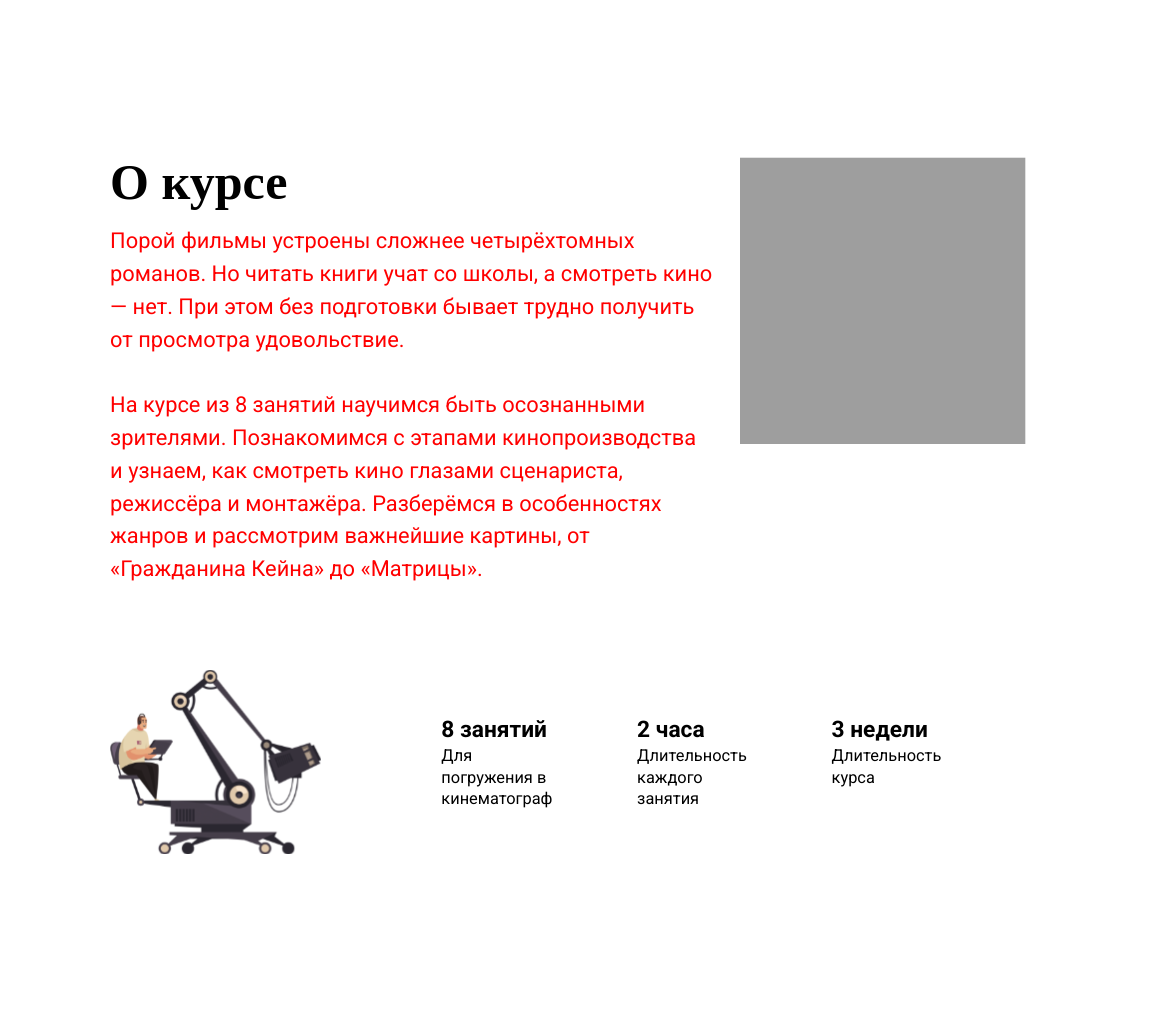
Repository: FaridRustamov09/task8
Page: index.html
An editor plug-in stored every save of this project. The page is shown before and after the next save, followed by the edit.
The browser window is 1280 px wide. The pictures show the whole page, at 91% of full size.
Pictures or frames that could not be fetched are drawn as grey boxes.

Above is the page before, as saved 2023-11-06 18:29:10.

After the next save:
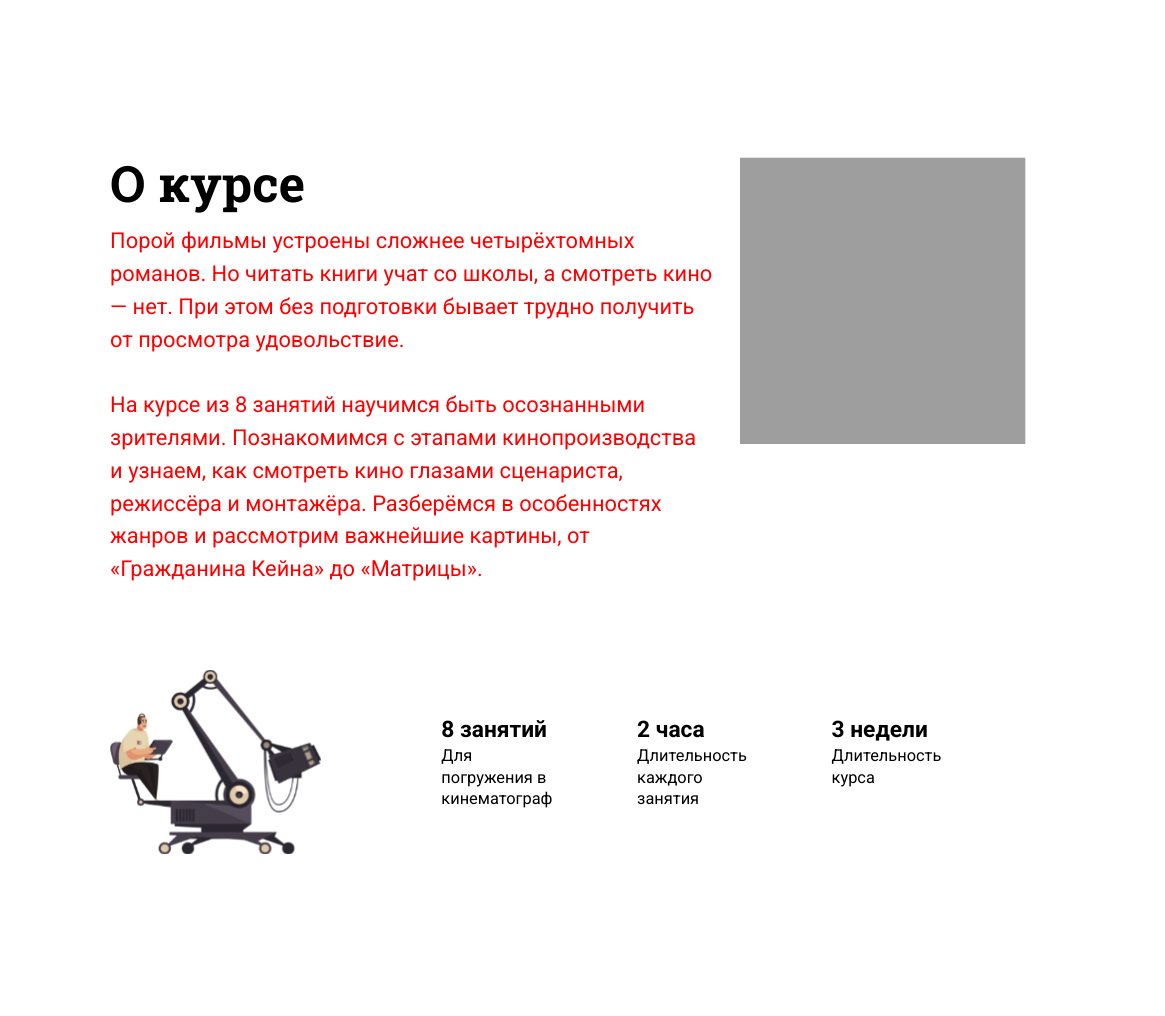
Saved 44 s later.
--- a/index.css
+++ b/index.css
@@ -1,5 +1,4 @@
-@import url('https://fonts.googleapis.com/css2?family=Roboto:wght@400;700&display=swap');
-
+@import url('https://fonts.googleapis.com/css2?family=Roboto+Slab:wght@700&family=Roboto:wght@400;700&display=swap');
 * {
   margin: 0;
   padding: 0;
